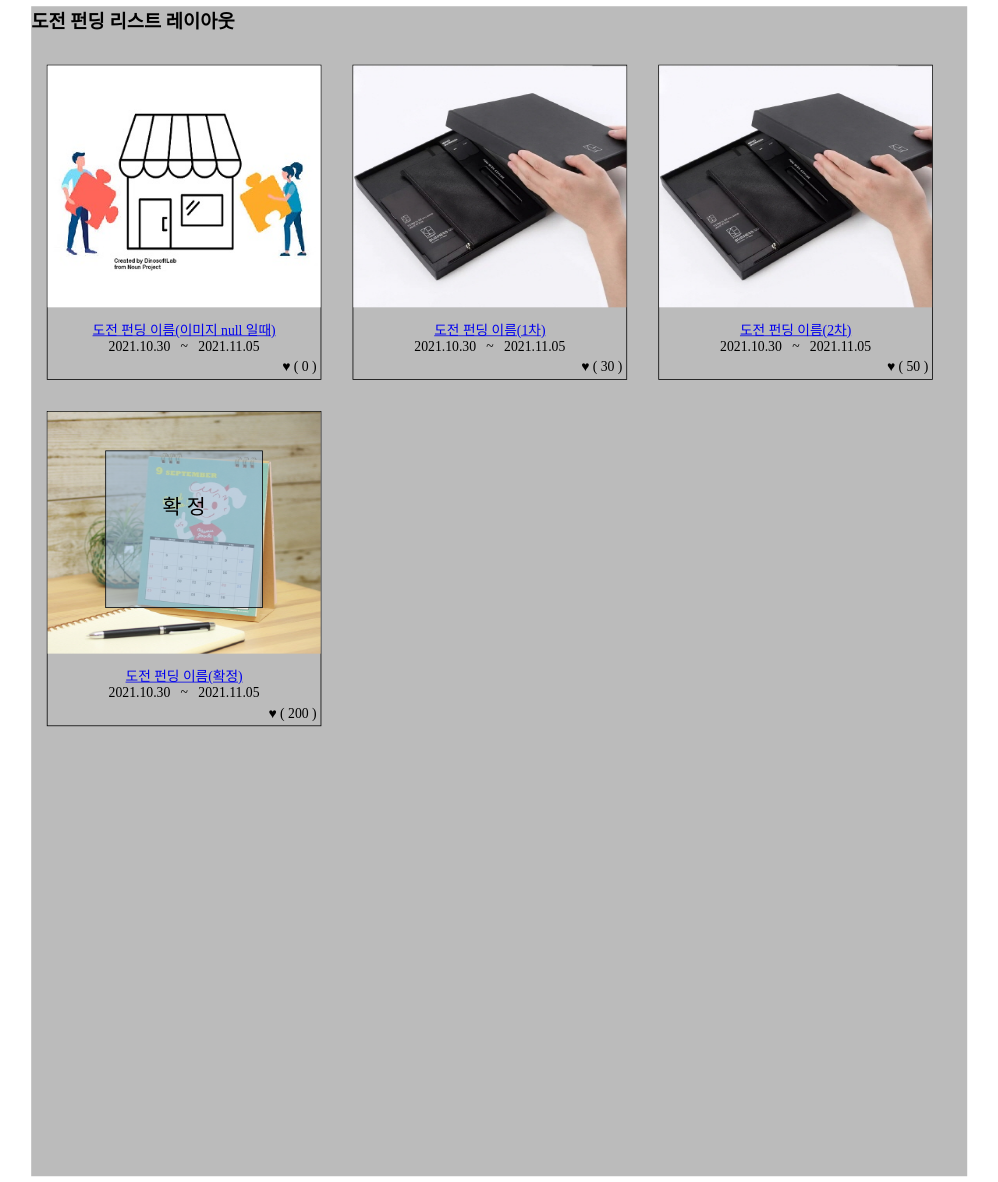
Repository: GroundPark/team6
Page: http://localhost/lefthand/page/product/chal_funding_list.jsp
These files come from the project's save history. The page is drawn as it stood at one moment and after the next save; the edit follows.
The browser window is 1280 px wide. The pictures show the whole page, at 78% of full size.
The page is served by Tomcat 9.

Above is the page before, as saved 2021-11-20 18:05:50.

After the next save:
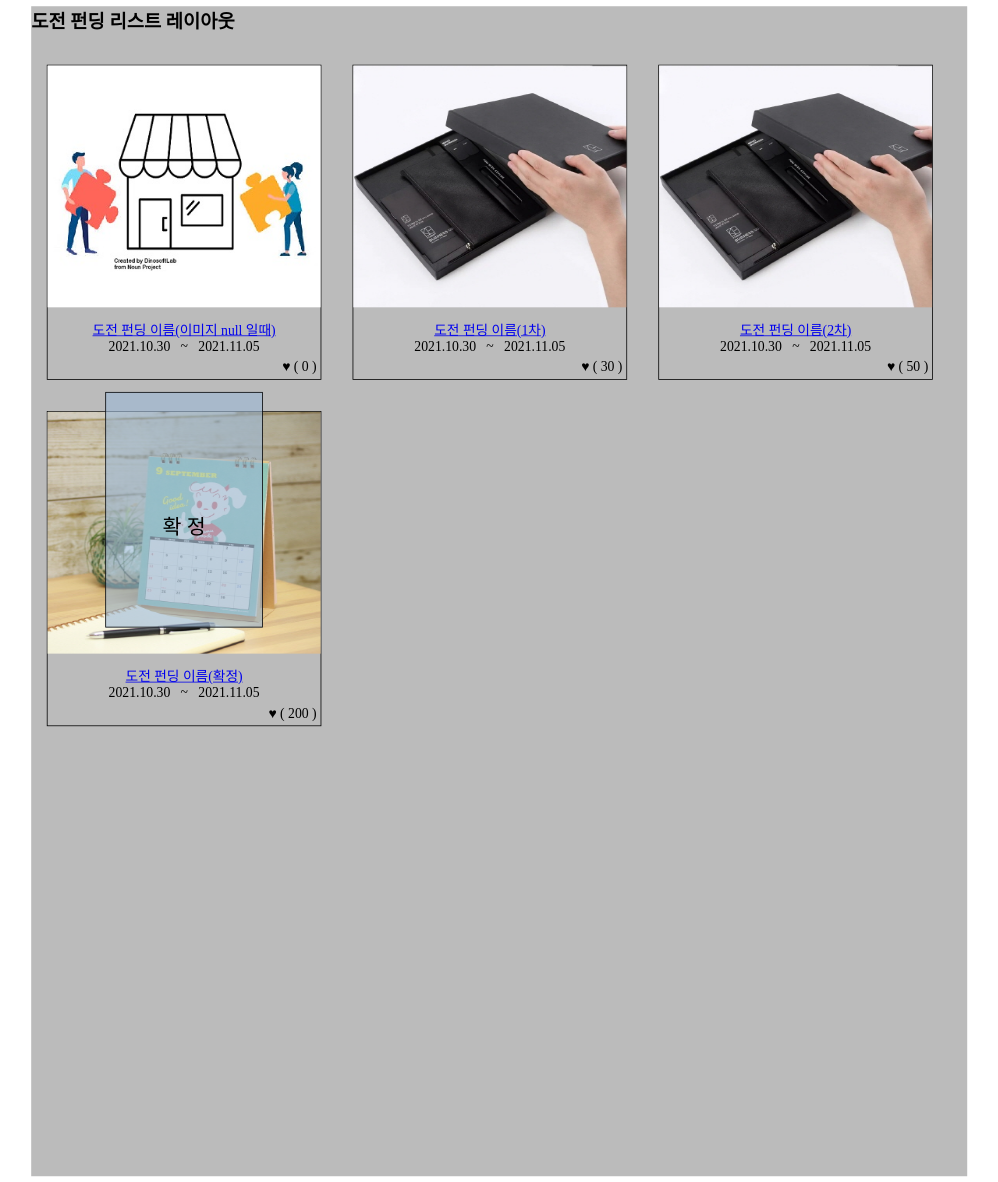
Saved 8 s later.
--- a/lefthand/WebContent/page/product/chal_funding_list.jsp
+++ b/lefthand/WebContent/page/product/chal_funding_list.jsp
@@ -24,7 +24,7 @@
 	border:1px black solid;
 	text-align:center;
 	font-size:1.5em;
-	padding-top:50px;
+	padding-top:150px;
 }
 </style>
 
